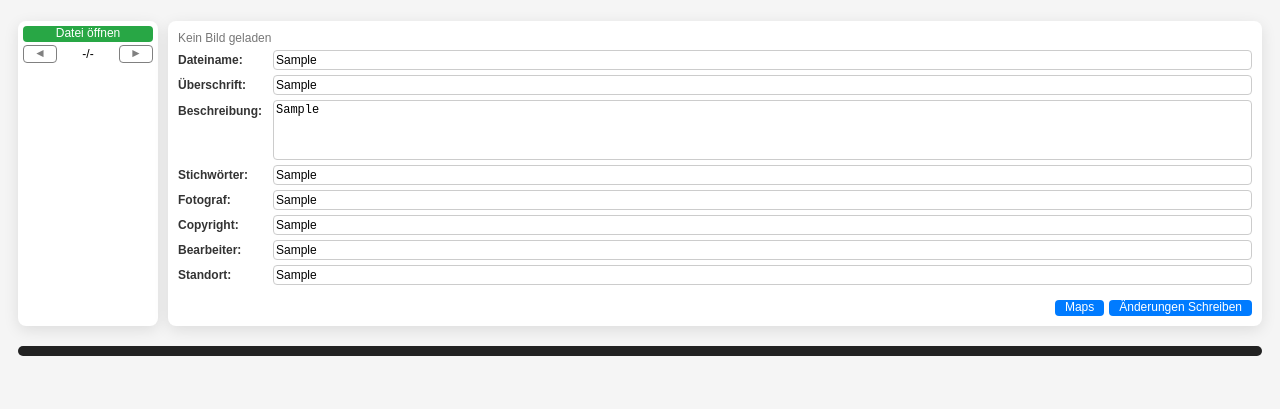
Repository: h-fahle/metadata
Page: ui/index.html
The author's editor kept a copy of each file at every save. The page is drawn from the files as they stood at one save, then again after the next save.
The browser window is 1280 px wide. The pictures show the whole page.
Empty fields were first filled with sample values (such as "Sample", 5 or name@example.com).
After loading, the first visible `.button-group > button` was clicked once.

Above is the page before, as saved 2026-08-18 19:58:45.

After the next save:
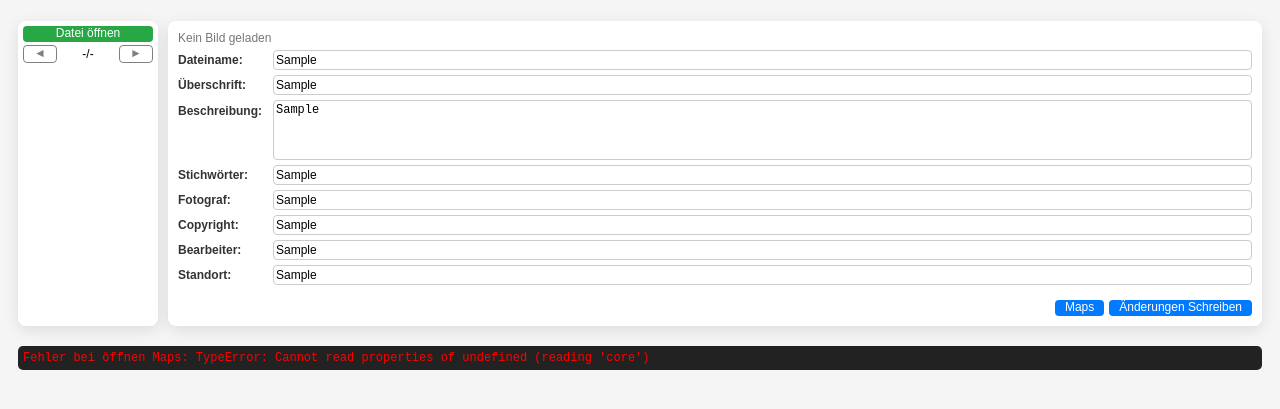
Saved 13 h 58 min later.
--- a/ui/script.js
+++ b/ui/script.js
@@ -38,6 +38,7 @@ async function ladeOrdnerBilder(pfad) {
         aktuellerIndex = bilderListe.indexOf(pfad);
     } catch (fehler) {
         console.error("Fehler beim Laden des Ordnerinhalts:", fehler);
+        ausgabe.innerHTML = "<span style='color: red;'>Fehler beim Laden des Ordnerinhalts: " + fehler + "</span>";
         bilderListe = [pfad];
         aktuellerIndex = 0;
     }
@@ -128,7 +129,6 @@ async function exifAuslesen() {
     } catch (fehler) {
         ausgabe.innerHTML = "<span style='color: red;'>Fehler: " + fehler + "</span>";
         vorschauImg.style.display = "none";
-        infoText.innerText = "Fehler beim Laden";
     }
 }
 
@@ -143,6 +143,7 @@ async function zeigeMaps(event) {
         });
     } catch (fehler) {
         console.error("Fehler:", fehler);
+        ausgabe.innerHTML = "<span style='color: red;'>Fehler bei öffnen Maps: " + fehler + "</span>";
     }
 }
 
